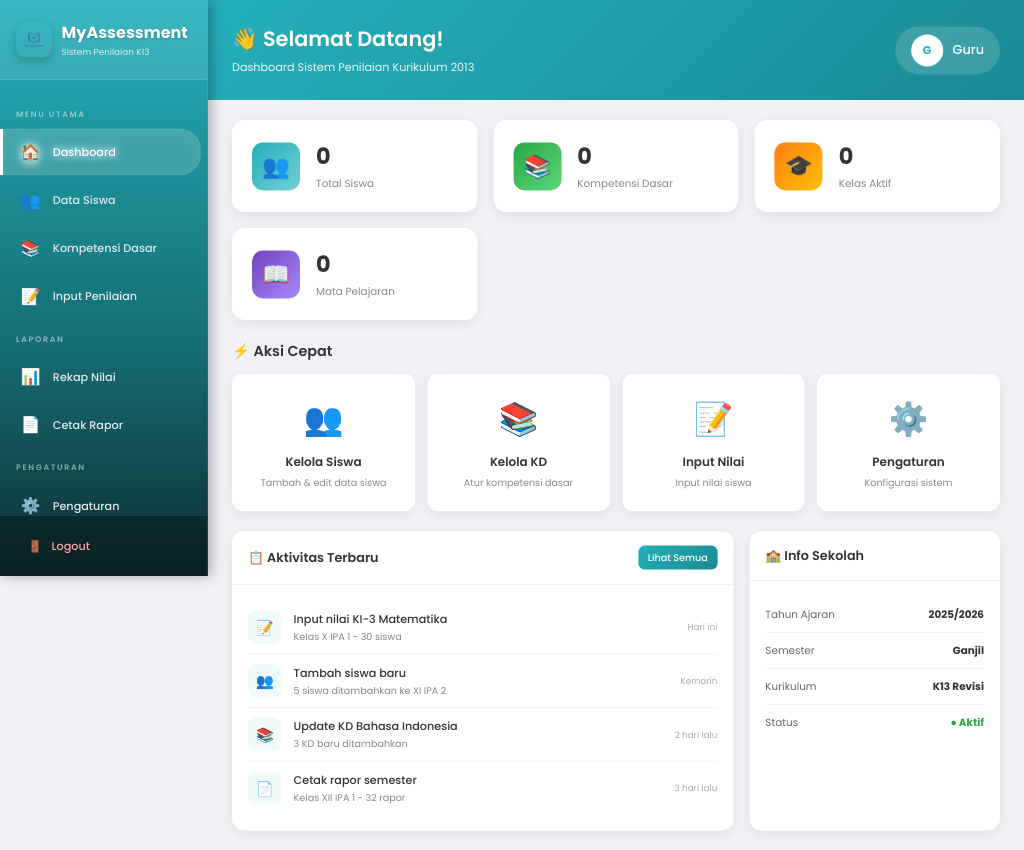
Repository: Ws529/MyAssassment_Final
Page: MyAssessment/wwwroot/index.html
These files come from the project's save history. The page is drawn as it stood at one moment and after the next save; the edit follows.
The browser window is 1280 px wide. The pictures show the whole page, at 80% of full size.
The page's requests for data from a server got no answer.

Above is the page before, as saved 2026-01-01 17:00:54.

After the next save:
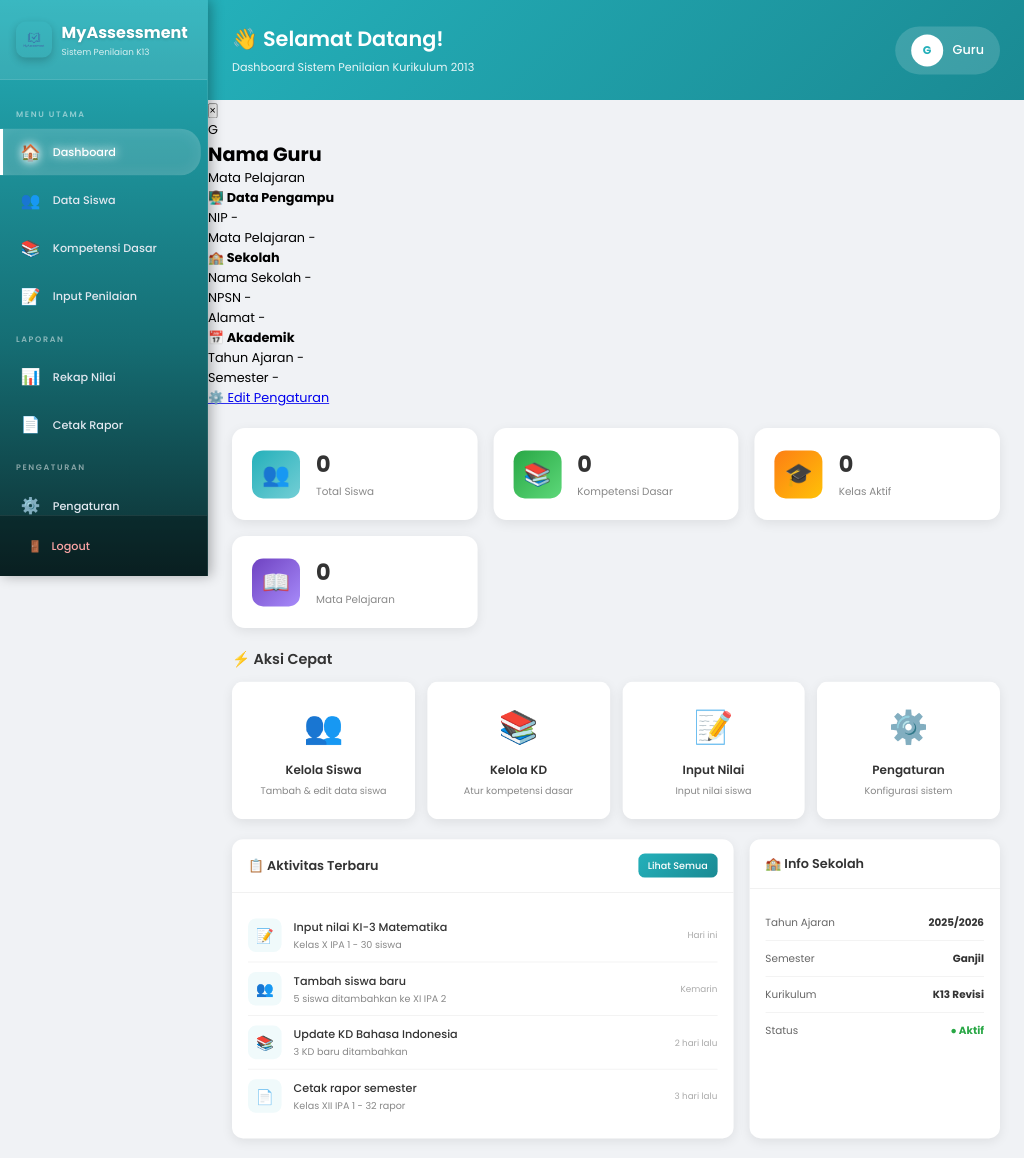
Saved 7 min 10 s later.
--- a/MyAssessment/wwwroot/index.html
+++ b/MyAssessment/wwwroot/index.html
@@ -399,9 +399,63 @@
                     <h1>👋 Selamat Datang!</h1>
                     <p>Dashboard Sistem Penilaian Kurikulum 2013</p>
                 </div>
-                <div class="user-info" id="userInfo">
+                <div class="user-info" id="userInfo" onclick="showProfile()" style="cursor: pointer;">
                     <div class="user-avatar" id="userAvatar">G</div>
                     <span class="user-name" id="userName">Guru</span>
+                </div>
+            </div>
+
+            <!-- Profile Modal -->
+            <div class="modal-overlay" id="profileModal" onclick="closeProfileModal(event)">
+                <div class="profile-modal" onclick="event.stopPropagation()">
+                    <button class="modal-close" onclick="closeProfile()">&times;</button>
+                    <div class="profile-header">
+                        <div class="profile-avatar" id="profileAvatar">G</div>
+                        <h2 id="profileName">Nama Guru</h2>
+                        <p id="profileMapel">Mata Pelajaran</p>
+                    </div>
+                    <div class="profile-body">
+                        <div class="profile-section">
+                            <h4>👨‍🏫 Data Pengampu</h4>
+                            <div class="profile-item">
+                                <span class="label">NIP</span>
+                                <span class="value" id="profileNIP">-</span>
+                            </div>
+                            <div class="profile-item">
+                                <span class="label">Mata Pelajaran</span>
+                                <span class="value" id="profileMapelDetail">-</span>
+                            </div>
+                        </div>
+                        <div class="profile-section">
+                            <h4>🏫 Sekolah</h4>
+                            <div class="profile-item">
+                                <span class="label">Nama Sekolah</span>
+                                <span class="value" id="profileSekolah">-</span>
+                            </div>
+                            <div class="profile-item">
+                                <span class="label">NPSN</span>
+                                <span class="value" id="profileNPSN">-</span>
+                            </div>
+                            <div class="profile-item">
+                                <span class="label">Alamat</span>
+                                <span class="value" id="profileAlamat">-</span>
+                            </div>
+                        </div>
+                        <div class="profile-section">
+                            <h4>📅 Akademik</h4>
+                            <div class="profile-item">
+                                <span class="label">Tahun Ajaran</span>
+                                <span class="value" id="profileTahun">-</span>
+                            </div>
+                            <div class="profile-item">
+                                <span class="label">Semester</span>
+                                <span class="value" id="profileSemester">-</span>
+                            </div>
+                        </div>
+                    </div>
+                    <div class="profile-footer">
+                        <a href="pengaturan.html" class="btn-edit-profile">⚙️ Edit Pengaturan</a>
+                    </div>
                 </div>
             </div>
 
